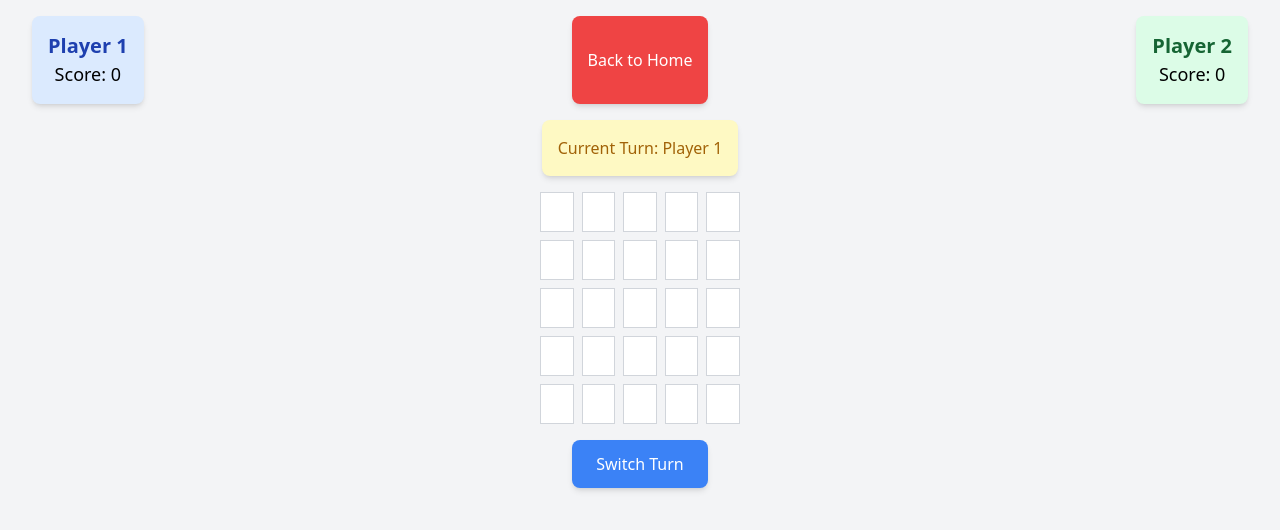
Repository: mohitagrawal0412/Lexicon-Duel
Page: /, after clicking the first element matching `button.px-4`
An editor plug-in stored every save of this project. The page is shown before and after the next save, followed by the edit.
The browser window is 1280 px wide. The pictures show the whole page.
The project was rebuilt for these pictures with package versions that can differ from the ones it lists, and the page was loaded fresh each time. Also part of the build but not shown: vite.config.js.

Above is the page before, as saved 2025-01-21 22:42:12.

### src/App.jsx
import { useState } from 'react'
import HomePage from './HomePage'

function App() {
  const [count, setCount] = useState(0)


  return (
    <>


      <HomePage />
    </>
  )
}

export default App

### src/HomePage.jsx
import React, { useState } from 'react';
import Grid from './Grid';

const HomePage = () => {
    const [gridSize, setGridSize] = useState(5); // Default grid size is 5x5
    const [showGrid, setShowGrid] = useState(false); // Toggle between home and grid

    // Render Grid if `showGrid` is true
    if (showGrid) {
        return <Grid size={gridSize} onBack={() => setShowGrid(false)} />;
    }

    // Render Home Page
    return (
        <>
            <div className="flex flex-col items-center justify-center min-h-screen bg-gray-100">
                {/* Title */}
                <p className="bg-red-500 text-center text-teal-400 text-2xl font-semibold p-4 rounded-lg shadow-md mb-6">
                    Welcome to Word Game
                </p>

                {/* Size Selector */}
                <p className="text-lg font-bold mb-4 text-gray-700">Select Grid Size</p>
                <div className="flex flex-wrap justify-center space-x-4 mb-6">
                    <button
                        className="px-4 py-2 bg-blue-500 text-white font-medium rounded-lg shadow-md hover:bg-blue-600 focus:outline-none focus:ring-2 focus:ring-blue-400"
                        onClick={() => {
                            setGridSize(5);
                            setShowGrid(true);
                        }}
                    >
                        5x5
                    </button>
                    <button
                        className="px-4 py-2 bg-green-500 text-white font-medium rounded-lg shadow-md hover:bg-green-600 focus:outline-none focus:ring-2 focus:ring-green-400"
                        onClick={() => {
                            setGridSize(6);
                            setShowGrid(true);
                        }}
                    >
                        6x6
                    </button>
                    <button
                        className="px-4 py-2 bg-purple-500 text-white font-medium rounded-lg shadow-md hover:bg-purple-600 focus:outline-none focus:ring-2 focus:ring-purple-400"
                        onClick={() => {
                            setGridSize(7);
                            setShowGrid(true);
                        }}
                    >
                        7x7
                    </button>
                    <button
                        className="px-4 py-2 bg-yellow-500 text-white font-medium rounded-lg shadow-md hover:bg-yellow-600 focus:outline-none focus:ring-2 focus:ring-yellow-400"
                        onClick={() => {
                            setGridSize(8);
                            setShowGrid(true);
                        }}
                    >
                        8x8
                    </button>
                    <button
                        className="px-4 py-2 bg-indigo-500 text-white font-medium rounded-lg shadow-md hover:bg-indigo-600 focus:outline-none focus:ring-2 focus:ring-indigo-400"
                        onClick={() => {
                            setGridSize(9);
                            setShowGrid(true);
                        }}
                    >
                        9x9
                    </button>
                    <button
                        className="px-4 py-2 bg-teal-500 text-white font-medium rounded-lg shadow-md hover:bg-teal-600 focus:outline-none focus:ring-2 focus:ring-teal-400"
                        onClick={() => {
                            setGridSize(10);
                            setShowGrid(true);
                        }}
                    >
                        10x10
                    </button>
                    <button
                        className="px-4 py-2 bg-orange-500 text-white font-medium rounded-lg shadow-md hover:bg-orange-600 focus:outline-none focus:ring-2 focus:ring-orange-400"
                        onClick={() => {
                            setGridSize(11);
                            setShowGrid(true);
                        }}
                    >
                        11x11
                    </button>
                    <button
                        className="px-4 py-2 bg-pink-500 text-white font-medium rounded-lg shadow-md hover:bg-pink-600 focus:outline-none focus:ring-2 focus:ring-pink-400"
                        onClick={() => {
                            setGridSize(12);
                            setShowGrid(true);
                        }}
                    >
                        12x12
                    </button>
                </div>
            </div>
        </>

    );
};

export default HomePage;

### src/Grid.jsx
import React, { useState } from 'react';

const Grid = ({ size, onBack }) => {
    const [gridData, setGridData] = useState(
        Array.from({ length: size * size }, () => "")
    );
    const [selectedIndices, setSelectedIndices] = useState([]);
    const [isSelecting, setIsSelecting] = useState(false);
    const [selectionDirection, setSelectionDirection] = useState(null);
    const [selectedWord, setSelectedWord] = useState("");
    const [error, setError] = useState(null);
    const [playerScores, setPlayerScores] = useState({ player1: 0, player2: 0 });
    const [currentPlayer, setCurrentPlayer] = useState(1);
    const [player1HasPlayed, setPlayer1HasPlayed] = useState(false);
    const [player2HasPlayed, setPlayer2HasPlayed] = useState(false);

    const handleInputChange = (index, value) => {
        const updatedGrid = [...gridData];
        updatedGrid[index] = value.toUpperCase().charAt(0);
        setGridData(updatedGrid);

        // Mark that a player has inserted a character
        if (currentPlayer === 1) {
            setPlayer1HasPlayed(true);
        } else {
            setPlayer2HasPlayed(true);
        }
    };

    const handleMouseDown = (index) => {
        setSelectedIndices([index]);
        setIsSelecting(true);
        setSelectionDirection(null);
        setError(null);
    };

    const handleMouseEnter = (index) => {
        if (isSelecting) {
            const startIndex = selectedIndices[0];
            const rowStart = Math.floor(startIndex / size);
            const colStart = startIndex % size;
            const rowCurrent = Math.floor(index / size);
            const colCurrent = index % size;

            if (!selectionDirection) {
                if (rowStart === rowCurrent) {
                    setSelectionDirection('horizontal');
                } else if (colStart === colCurrent) {
                    setSelectionDirection('vertical');
                }
            }

            if (selectionDirection === 'horizontal' && rowStart === rowCurrent) {
                const minCol = Math.min(colStart, colCurrent);
                const maxCol = Math.max(colStart, colCurrent);
                const newSelected = Array.from(
                    { length: maxCol - minCol + 1 },
                    (_, i) => rowStart * size + minCol + i
                );
                setSelectedIndices(newSelected);
            } else if (selectionDirection === 'vertical' && colStart === colCurrent) {
                const minRow = Math.min(rowStart, rowCurrent);
                const maxRow = Math.max(rowStart, rowCurrent);
                const newSelected = Array.from(
                    { length: maxRow - minRow + 1 },
                    (_, i) => (minRow + i) * size + colStart
                );
                setSelectedIndices(newSelected);
            }
        }
    };

    const handleMouseUp = () => {
        setIsSelecting(false);
        setSelectionDirection(null);
    };

    const handleKeyPress = (e) => {
        if (e.key === "Enter") {
            const selectedChars = selectedIndices.map((index) => gridData[index]);
            if (selectedChars.includes("")) {
                setError("Invalid word: One or more selected cells are empty");
                setSelectedWord("");
            } else if ((currentPlayer === 1 && player1HasPlayed) || (currentPlayer === 2 && player2HasPlayed)) {
                setCurrentPlayer((prevPlayer) => (prevPlayer === 1 ? 2 : 1));
                setPlayer1HasPlayed(false);  // Reset the player 1 status
                setPlayer2HasPlayed(false);  // Reset the player 2 status
            }
            else {
                const word = selectedChars.join('');
                setSelectedWord(word);
                setError(null);

                const wordLength = word.length;

                // Add score only if word is selected and no error
                if (!error && wordLength > 0) {
                    setPlayerScores((prevScores) => ({
                        ...prevScores,
                        [`player${currentPlayer}`]: prevScores[`player${currentPlayer}`] + wordLength,
                    }));
                }

                // Reset selected cells
                setSelectedIndices([]);
                setSelectedWord("");
            }
            setCurrentPlayer((prevPlayer) => (prevPlayer === 1 ? 2 : 1));
            setPlayer1HasPlayed(false);  // Reset the player 1 status
            setPlayer2HasPlayed(false);  // Reset the player 2 status
        }
    };

    // Switch player turn manually
    const handleSwitchTurn = () => {
        if ((currentPlayer === 1 && player1HasPlayed) || (currentPlayer === 2 && player2HasPlayed)) {
            setCurrentPlayer((prevPlayer) => (prevPlayer === 1 ? 2 : 1));
            setPlayer1HasPlayed(false);  // Reset the player 1 status
            setPlayer2HasPlayed(false);  // Reset the player 2 status
        } else {
            setError("Player must insert a character before switching turn");
        }
    };

    return (
        <div
            className="flex flex-col items-center min-h-screen bg-gray-100"
            tabIndex={0}
            onKeyDown={handleKeyPress}
        >
            <div className="flex justify-between w-full px-8 my-4">
                {/* Player 1 Scorecard */}
                <div className="flex flex-col items-center bg-blue-100 p-4 rounded-lg shadow-md">
                    <h2 className="text-xl font-bold text-blue-800">Player 1</h2>
                    <p className="text-lg font-medium">Score: {playerScores.player1}</p>
                </div>

                <button
                    onClick={onBack}
                    className="px-4 py-2 bg-red-500 text-white font-medium rounded-lg shadow-md hover:bg-red-600 focus:outline-none focus:ring-2 focus:ring-red-400"
                >
                    Back to Home
                </button>

                {/* Player 2 Scorecard */}
                <div className="flex flex-col items-center bg-green-100 p-4 rounded-lg shadow-md">
                    <h2 className="text-xl font-bold text-green-800">Player 2</h2>
                    <p className="text-lg font-medium">Score: {playerScores.player2}</p>
                </div>
            </div>

            {/* Current Player Indicator */}
            <div className="mb-4 p-4 bg-yellow-100 text-yellow-700 font-medium rounded-lg shadow-md">
                <h3>Current Turn: Player {currentPlayer}</h3>
            </div>

            {/* Error Display */}
            {error && (
                <div className="mb-4 p-4 bg-red-100 text-red-700 font-medium rounded-lg shadow-md">
                    {error}
                </div>
            )}

            {/* Selected Word Display */}
            {selectedWord && !error && (
                <div className="mb-4 p-4 bg-green-100 text-green-700 font-medium rounded-lg shadow-md">
                    Selected Word: {selectedWord}
                </div>
            )}

            {/* Grid */}
            <div
                className={`grid gap-2`}
                style={{
                    gridTemplateColumns: `repeat(${size}, minmax(0, 1fr))`,
                    width: `${size * 40}px`,
                }}
            >
                {gridData.map((cell, index) => (
                    <input
                        key={index}
                        type="text"
                        maxLength="1"
                        value={cell}
                        onChange={(e) => handleInputChange(index, e.target.value)}
                        onMouseDown={() => handleMouseDown(index)}
                        onMouseEnter={() => handleMouseEnter(index)}
                        onMouseUp={handleMouseUp}
                        style={{
                            backgroundColor: selectedIndices.includes(index) ? 'aqua' : 'white',
                        }}
                        className={`flex items-center justify-center border border-gray-300 bg-white h-10 text-gray-700 font-medium text-center uppercase focus:outline-none focus:ring-2`}
                    />

                ))}
            </div>

            {/* Button to switch turn */}
            <button
                onClick={handleSwitchTurn}
                className="mt-4 px-6 py-3 bg-blue-500 text-white font-medium rounded-lg shadow-md hover:bg-blue-600 focus:outline-none focus:ring-2 focus:ring-blue-400"
            >
                Switch Turn
            </button>
        </div>
    );
};

export default Grid;

Loaded but not shown: index.html (common file); src/main.jsx (common file); src/index.css (common file); tailwind.config.js (common file)

After the next save:
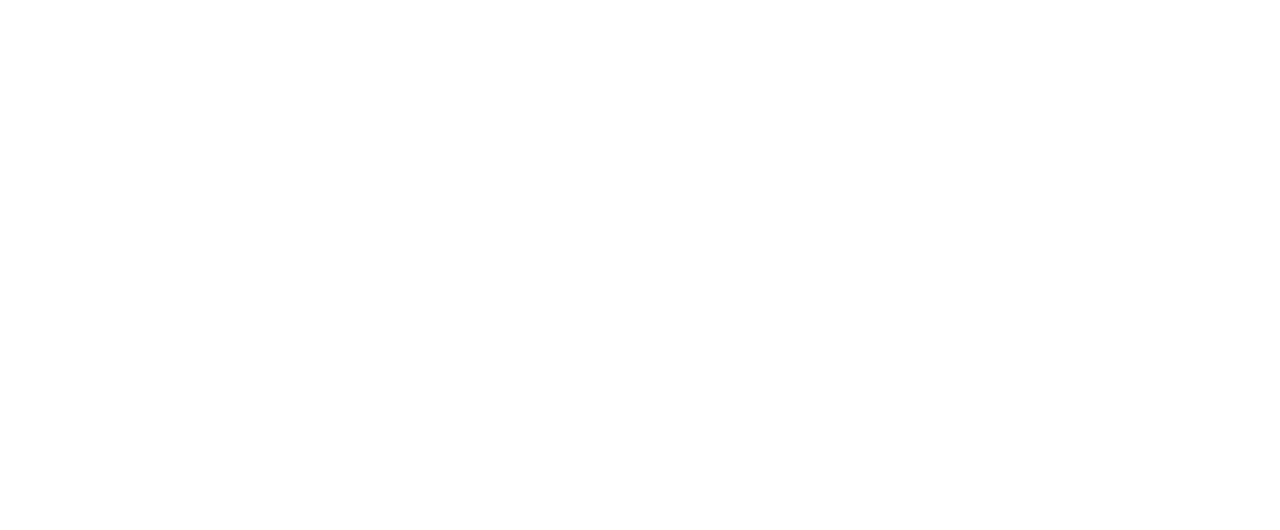
Console error: ReferenceError: handleSwitchTurn is not defined
Saved 9 min 57 s later.
--- a/src/Grid.jsx
+++ b/src/Grid.jsx
@@ -111,16 +111,16 @@
         }
     };
 
-    // Switch player turn manually
-    const handleSwitchTurn = () => {
-        if ((currentPlayer === 1 && player1HasPlayed) || (currentPlayer === 2 && player2HasPlayed)) {
-            setCurrentPlayer((prevPlayer) => (prevPlayer === 1 ? 2 : 1));
-            setPlayer1HasPlayed(false);  // Reset the player 1 status
-            setPlayer2HasPlayed(false);  // Reset the player 2 status
-        } else {
-            setError("Player must insert a character before switching turn");
-        }
-    };
+    // // Switch player turn manually
+    // const handleSwitchTurn = () => {
+    //     if ((currentPlayer === 1 && player1HasPlayed) || (currentPlayer === 2 && player2HasPlayed)) {
+    //         setCurrentPlayer((prevPlayer) => (prevPlayer === 1 ? 2 : 1));
+    //         setPlayer1HasPlayed(false);  // Reset the player 1 status
+    //         setPlayer2HasPlayed(false);  // Reset the player 2 status
+    //     } else {
+    //         setError("Player must insert a character before switching turn");
+    //     }
+    // };
 
     return (
         <div

After the save that followed:
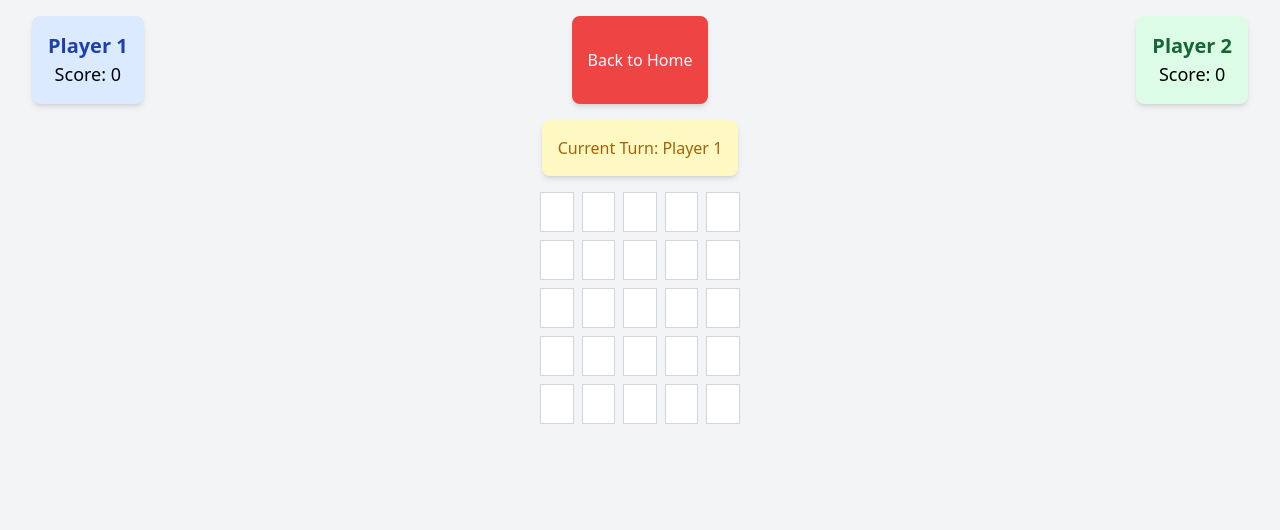
The error is gone.
Saved 7 s later.
--- a/src/Grid.jsx
+++ b/src/Grid.jsx
@@ -196,12 +196,12 @@
             </div>
 
             {/* Button to switch turn */}
-            <button
+            {/* <button
                 onClick={handleSwitchTurn}
                 className="mt-4 px-6 py-3 bg-blue-500 text-white font-medium rounded-lg shadow-md hover:bg-blue-600 focus:outline-none focus:ring-2 focus:ring-blue-400"
             >
                 Switch Turn
-            </button>
+            </button> */}
         </div>
     );
 };
